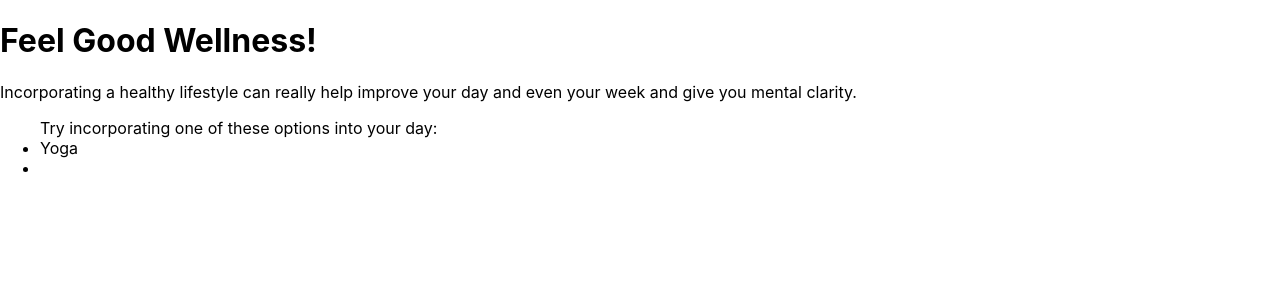
Repository: StashaG/feel-good-wellness
Page: /
These files come from the project's save history. The page is drawn as it stood at one moment and after the next save; the edit follows.
The browser window is 1280 px wide. The pictures show the whole page.
The project was rebuilt for these pictures with package versions that can differ from the ones it lists, and the page was loaded fresh each time.

Above is the page before, as saved 2020-12-10 21:40:48.

After the next save:
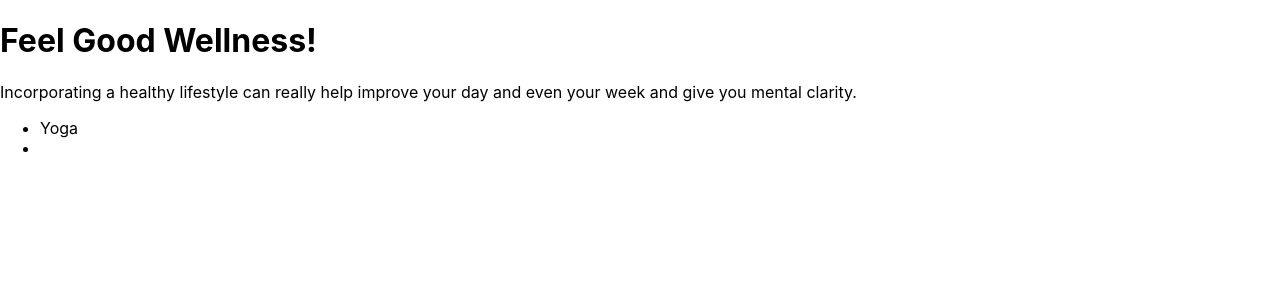
Saved 23 s later.
--- a/src/App.js
+++ b/src/App.js
@@ -9,7 +9,7 @@
           Feel Good Wellness!
         </h1>
         <p>Incorporating a healthy lifestyle can really help improve your day and even your week and give you mental clarity.</p>
-        <ul>Try incorporating one of these options into your day:
+        <ul>
           <li>Yoga</li>
           <li></li>
         </ul>
